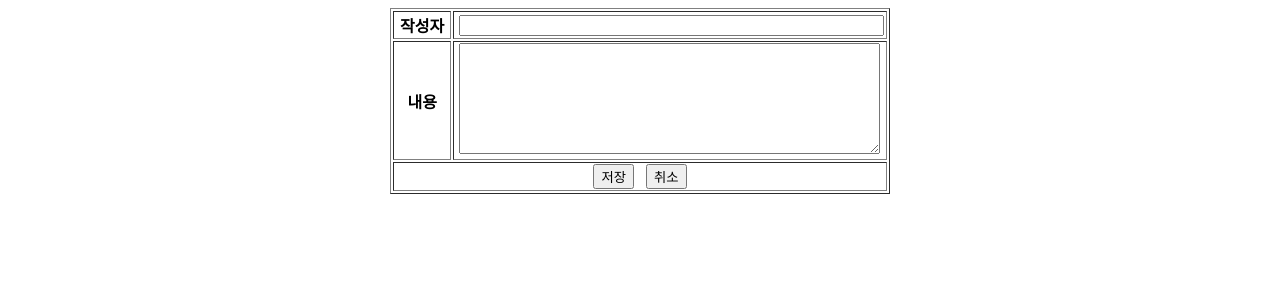
Repository: tomaters/servlets-JSP
Page: jsptest/src/main/webapp/WEB-INF/bbs/write.html
The author's editor kept a copy of each file at every save. The page is drawn from the files as they stood at one save, then again after the next save.
The browser window is 1280 px wide. The pictures show the whole page.

Above is the page before, as saved 2023-11-29 04:24:52.

### jsptest/src/main/webapp/WEB-INF/bbs/write.html
<!DOCTYPE html>
<html>
<head>
<meta charset="UTF-8">
<title>Insert title here</title>
</head>
<body>
<form method="post" action="/jspStudy/VisitInsert">
      <table align="center" width="500" border="1">
        <tr>
            <th width="70">작성자</th>
        <td width="430">
          &nbsp;<input type="text" name="writer" size="50">
        </td>
        </tr>
        <tr>
        <th>내용</th>
        <td>
          &nbsp;<textarea rows="7" cols="50" name="memo">
                 </textarea>
         </td>
        </tr>
        <tr>
         <td colspan="2" align="center">
           <input type="submit" value="저장">&nbsp;&nbsp;
           <input type="reset" value="취소">
         </td>
         </tr>
    </table>
    </form>
</body>
</html>

After the next save:
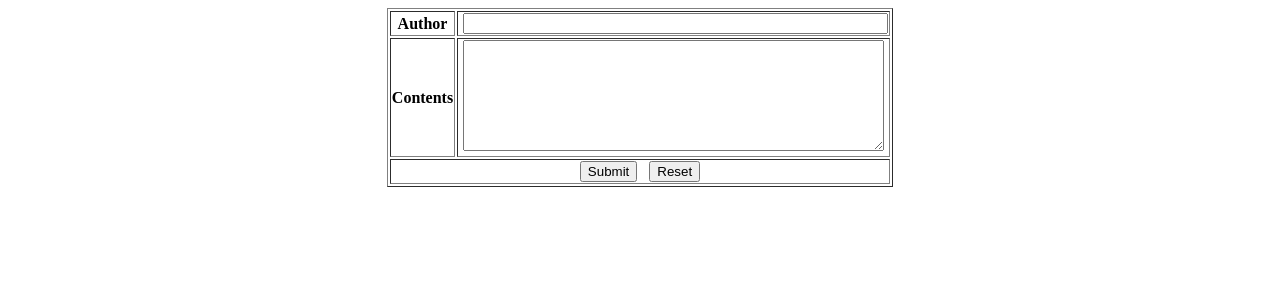
Saved 97 s later.
--- a/jsptest/src/main/webapp/WEB-INF/bbs/write.html
+++ b/jsptest/src/main/webapp/WEB-INF/bbs/write.html
@@ -5,16 +5,16 @@
 <title>Insert title here</title>
 </head>
 <body>
-<form method="post" action="/jspStudy/VisitInsert">
+<form method="post" action="/jsptest/VisitInsert">
       <table align="center" width="500" border="1">
         <tr>
-            <th width="70">작성자</th>
+            <th width="70">Author</th>
         <td width="430">
           &nbsp;<input type="text" name="writer" size="50">
         </td>
         </tr>
         <tr>
-        <th>내용</th>
+        <th>Contents</th>
         <td>
           &nbsp;<textarea rows="7" cols="50" name="memo">
                  </textarea>
@@ -22,8 +22,8 @@
         </tr>
         <tr>
          <td colspan="2" align="center">
-           <input type="submit" value="저장">&nbsp;&nbsp;
-           <input type="reset" value="취소">
+           <input type="submit" value="Submit">&nbsp;&nbsp;
+           <input type="reset" value="Reset">
          </td>
          </tr>
     </table>
